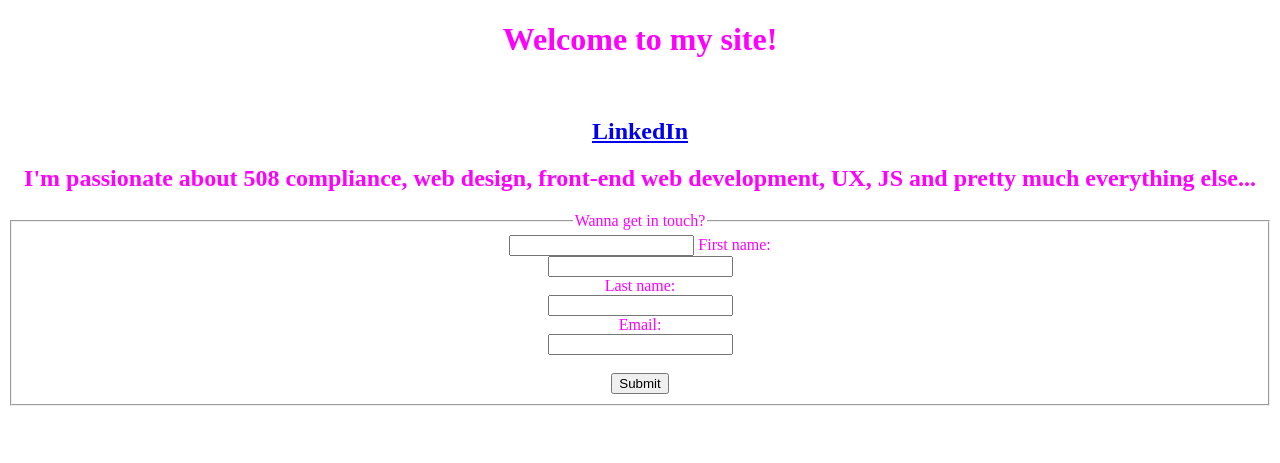
Repository: jasvr/jasvr.io
Page: index.html
These files come from the project's save history. The page is drawn as it stood at one moment and after a run of saves; the edit follows.
The browser window is 1280 px wide. The pictures show the whole page.

Above is the page before, as saved 2020-01-10 14:35:24.

After the next 6 saves:
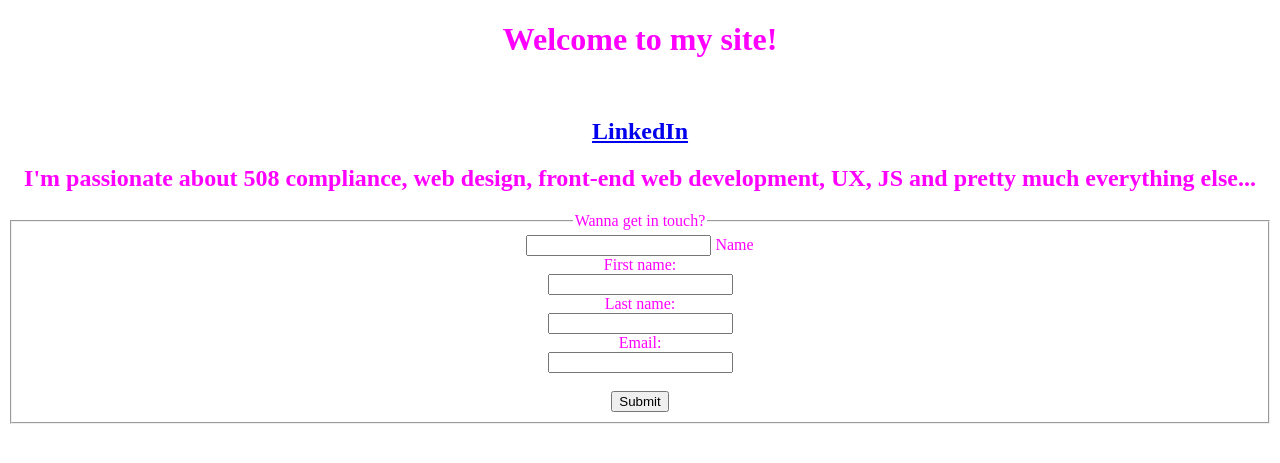
The 6 saves are shown as one change because they came seconds apart.
The last was saved 17 s later.
--- a/index.html
+++ b/index.html
@@ -17,7 +17,7 @@
         <legend>Wanna get in touch?</legend>
         <div>
             <input type="text" name="firstname"/>
-            <label for Name
+            <label for ="name">Name</label>
         </div>
         First name:<br>
         <input type="text" name="firstname"><br>
